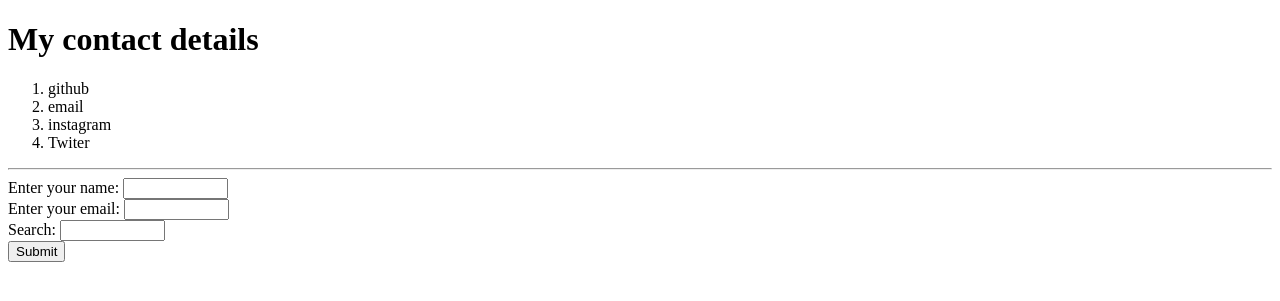
Repository: ew-code/Web-Development
Page: HTML - Personal Site/contact.html
An editor plug-in stored every save of this project. The page is shown before and after the next save, followed by the edit.
The browser window is 1280 px wide. The pictures show the whole page.

Above is the page before, as saved 2021-01-04 23:36:13.

### HTML - Personal Site/contact.html
<!DOCTYPE html>
<html lang="en">

<head>
  <meta charset="UTF-8">
  <meta name="viewport" content="width=device-width, initial-scale=1.0">
  <meta http-equiv="X-UA-Compatible" content="ie=edge">
  <title>Contact me</title>
</head>

<body>
  <h1>My contact details</h1>
  <ol>
    <li>github</li>
    <li>email</li>
    <li>instagram</li>
    <li>Twiter</li>
  </ol>
<hr>
  <form class="" action="index.html" method="post">
    <label for="name">Enter your name:</label>
    <input type="text" name="name" id="name" minlength="4" maxlength="50" size="10"><br>
    <label for="email">Enter your email:</label>
    <input type="email" name="email" id="email" minlength="4" maxlength="50" size="10"><br>
    <label for="Search">Search:</label>
    <input type="search" name="search" id="search" minlength="4" maxlength="50" size="10"><br>
    <input type="submit">
  </form>

</body>

</html>

After the next save:
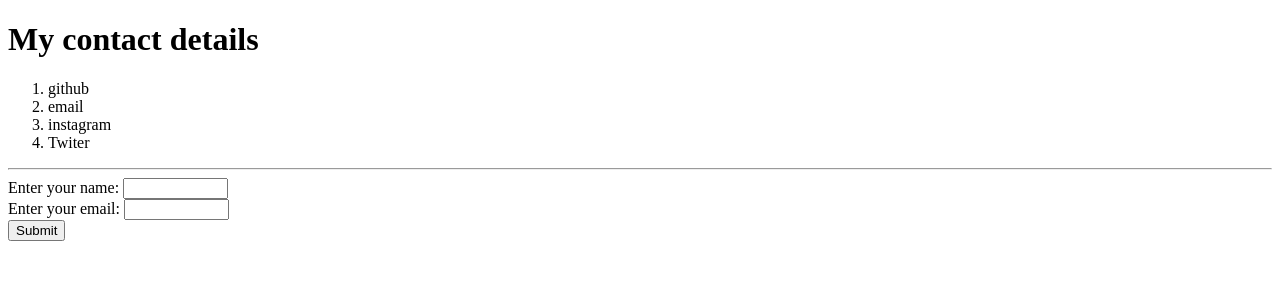
Saved 5 s later.
--- a/HTML - Personal Site/contact.html
+++ b/HTML - Personal Site/contact.html
@@ -22,8 +22,6 @@
     <input type="text" name="name" id="name" minlength="4" maxlength="50" size="10"><br>
     <label for="email">Enter your email:</label>
     <input type="email" name="email" id="email" minlength="4" maxlength="50" size="10"><br>
-    <label for="Search">Search:</label>
-    <input type="search" name="search" id="search" minlength="4" maxlength="50" size="10"><br>
     <input type="submit">
   </form>
 
